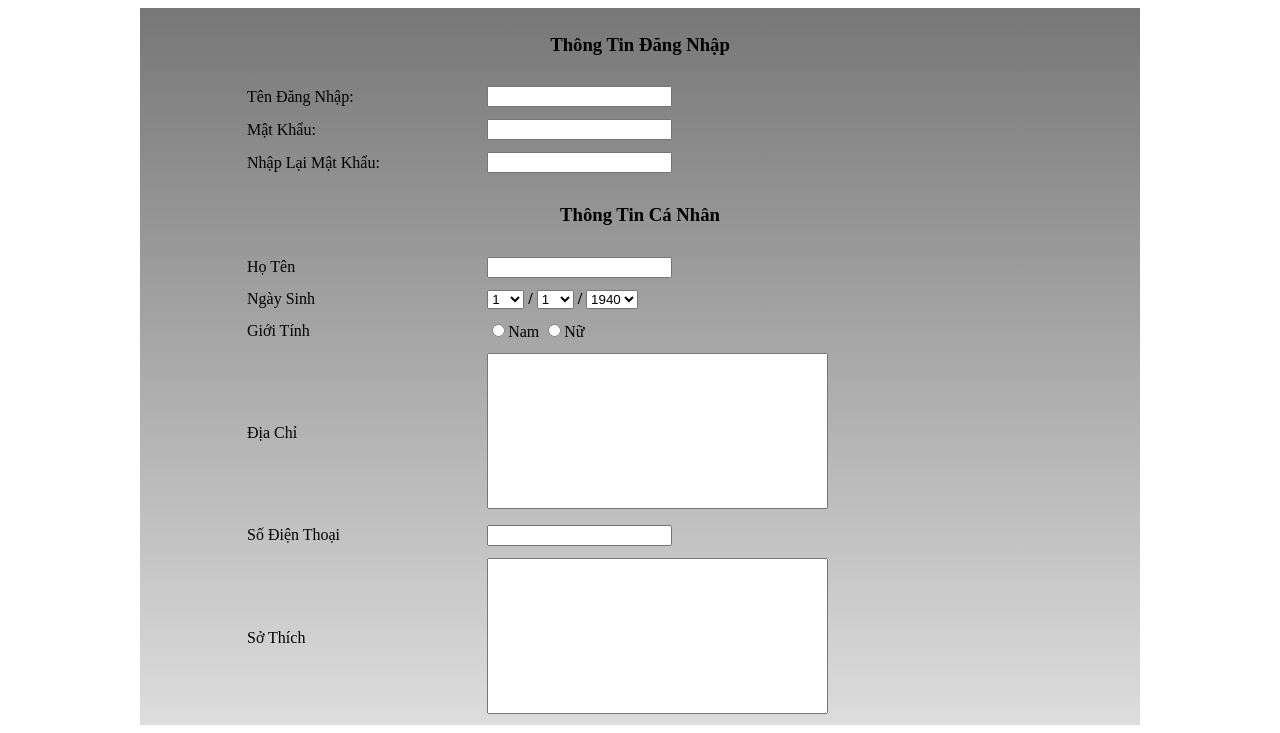
Repository: Tan-Khang21/TH_TKW--Buoi_04
Page: Bai_Tap_Tren_Lop/Bai_01/Form5.html
An editor plug-in stored every save of this project. The page is shown before and after the next save, followed by the edit.
The browser window is 1280 px wide. The pictures show the whole page.

Above is the page before, as saved 2024-03-06 11:42:08.

### Bai_Tap_Tren_Lop/Bai_01/Form5.html
<!DOCTYPE html>
<html lang="en">
<head>
    <meta charset="UTF-8">
    <meta name="viewport" content="width=device-width, initial-scale=1.0">
    <title>Document</title>

</head>
<body>
    <div style="width: 1000px;margin: 0 auto; background: linear-gradient(to bottom, #777, #ddd);
    ">
        <table cellpadding="5px" align="center"  style="width: 800px;">
            <tr>
                <th colspan="3"><h3>Thông Tin Đăng Nhập</h3></th>
            </tr>
            <tr>
                <td style="width:30%;">Tên Đăng Nhập:</td>
                <td  colspan="2"><input type="text"></td>
            </tr>
            <tr>
                <td style="width:30%;">Mật Khẩu:</td>
                <td  colspan="2"><input type="text"></td>
            </tr>
            <tr>
                <td style="width:30%;">Nhập Lại Mật Khẩu:</td>
                <td  colspan="2"><input type="text"></td>
            </tr>
            <tr>
                <th colspan="3"><h3>Thông Tin Cá Nhân</h3></th>
            </tr>
            <tr>
                <td style="width:30%;">Họ Tên</td>
                <td  colspan="2"><input type="text"></td>
            </tr>
            <tr>
                <td style="width:30%;">Ngày Sinh</td>
                <td  colspan="2">
                    <select>
                        <option value="">1</option>
                        <option value="">2</option>
                        <option value="">3</option>
                        <option value="">4</option>
                        <option value="">5</option>
                        <option value="">6</option>
                        <option value="">7</option>
                        <option value="">8</option>
                        <option value="">9</option>
                        <option value="">10</option>
                        <option value="">11</option>
                        <option value="">12</option>
                        <option value="">13</option>
                        <option value="">14</option>
                        <option value="">15</option>
                        <option value="">16</option>
                        <option value="">17</option>
                        <option value="">18</option>
                        <option value="">19</option>
                        <option value="">20</option>
                        <option value="">21</option>
                        <option value="">22</option>
                        <option value="">23</option>
                        <option value="">24</option>
                        <option value="">25</option>
                        <option value="">26</option>
                        <option value="">27</option>
                        <option value="">28</option>
                        <option value="">29</option>
                        <option value="">30</option>
                        <option value="">31</option>
                    </select>
                    <span style="font-weight: bold;">/</span>
                <select>
                    <option value="">1</option>
                    <option value="">2</option>
                    <option value="">3</option>
                    <option value="">4</option>
                    <option value="">5</option>
                    <option value="">6</option>
                    <option value="">7</option>
                    <option value="">8</option>
                    <option value="">9</option>
                    <option value="">10</option>
                    <option value="">11</option>
                    <option value="">12</option>
                </select>
                <span style="font-weight: bold;">/</span>
                <select>
                    <option value="">1940</option>
                    <option value="">1941</option>
                    <option value="">1942</option>
                    <option value="">1943</option>
                    <option value="">1944</option>
                    <option value="">1945</option>
                    <option value="">1946</option>
                    <option value="">1947</option>
                    <option value="">1948</option>
                    <option value="">1949</option>
                    <option value="">1950</option>
                    <option value="">1951</option>
                    <option value="">1952</option>
                    <option value="">1953</option>
                    <option value="">1954</option>
                    <option value="">1955</option>
                    <option value="">1956</option>
                    <option value="">1957</option>
                    <option value="">1958</option>
                    <option value="">1959</option>
                    <option value="">1960</option>
                    <option value="">1961</option>
                    <option value="">1962</option>
                    <option value="">1963</option>
                    <option value="">1964</option>
                    <option value="">1965</option>
                    <option value="">1966</option>
                    <option value="">1967</option>
                    <option value="">1968</option>
                    <option value="">1969</option>
                    <option value="">1970</option>
                    <option value="">1971</option>
                    <option value="">1972</option>
                    <option value="">1973</option>
                    <option value="">1974</option>
                    <option value="">1975</option>
                    <option value="">1976</option>
                    <option value="">1977</option>
                    <option value="">1978</option>
                    <option value="">1979</option>
                    <option value="">1980</option>
                    <option value="">1981</option>
                    <option value="">1982</option>
                    <option value="">1983</option>
                    <option value="">1984</option>
                    <option value="">1985</option>
                    <option value="">1986</option>
                    <option value="">1987</option>
                    <option value="">1988</option>
                    <option value="">1989</option>
                    <option value="">1990</option>
                    <option value="">1991</option>
                    <option value="">1992</option>
                    <option value="">1993</option>
                    <option value="">1994</option>
                    <option value="">1995</option>
                    <option value="">1996</option>
                    <option value="">1997</option>
                    <option value="">1998</option>
                    <option value="">1999</option>
                    <option value="">2000</option>
                    <option value="">2001</option>
                    <option value="">2002</option>
                    <option value="">2003</option>
                    <option value="">2004</option>
                    <option value="">2005</option>
                    <option value="">2006</option>
                    <option value="">2007</option>
                    <option value="">2008</option>
                    <option value="">2009</option>
                    <option value="">2010</option>
                    <option value="">2011</option>
                    <option value="">2012</option>
                    <option value="">2013</option>
                    <option value="">2014</option>
                    <option value="">2015</option>
                </select>
                </td>
            </tr>
            <tr>
                <td style="width:30%;">Giới Tính</td>
                <td  colspan="2">
                    <input name="radio" type="radio">Nam
                    <input name="radio" type="radio">Nữ
                </td>
            </tr>
            <tr>
                <td style="width:30%;">Địa Chỉ</td>
                <td  colspan="2"><textarea style="resize: none;" name="" id="" cols="40" rows="10"></textarea></td>
            </tr>
            <tr>
                <td style="width:30%;">Số Điện Thoại</td>
                <td  colspan="2"><input type="tel"></td>
            </tr>
            <tr>
                <td style="width:30%;">Sở Thích</td>
                <td  colspan="2"><textarea style="resize: none;" name="" id="" cols="40" rows="10"></textarea></td>
            </tr>
        </table>
    </div>

</body>
</html>

After the next save:
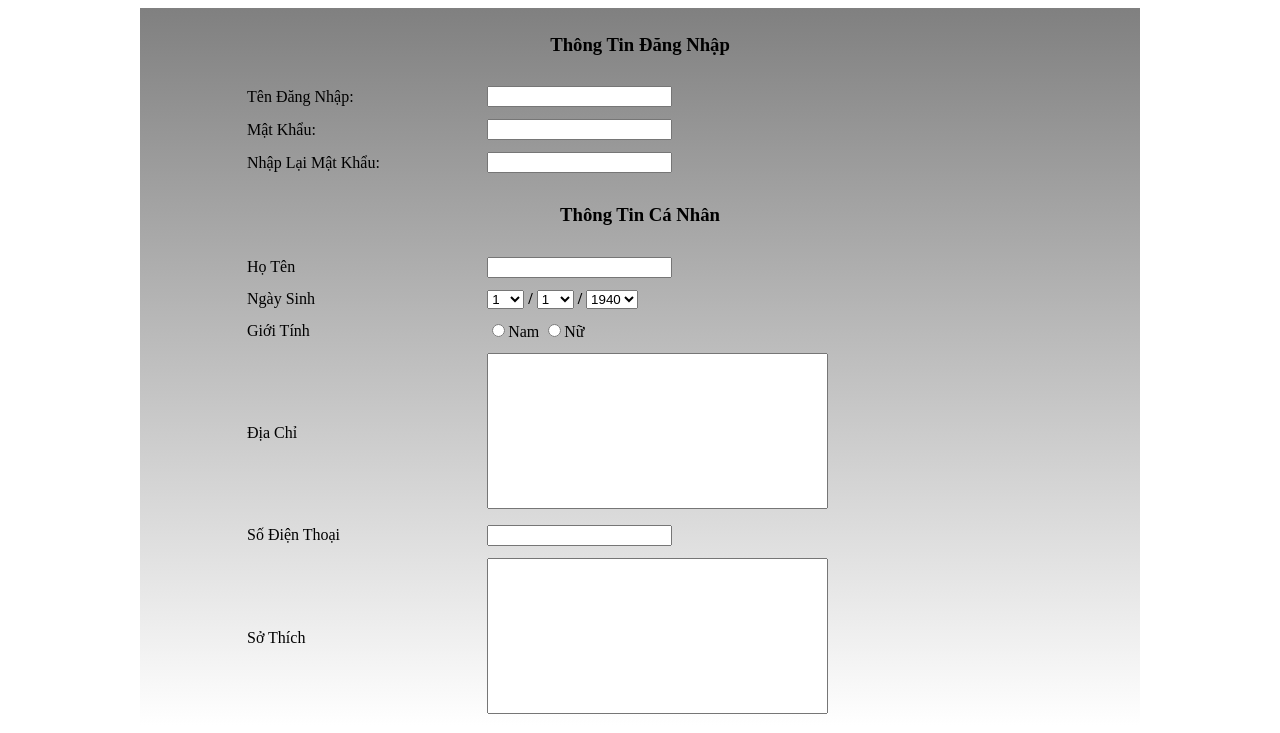
Saved 10 s later.
--- a/Bai_Tap_Tren_Lop/Bai_01/Form5.html
+++ b/Bai_Tap_Tren_Lop/Bai_01/Form5.html
@@ -7,8 +7,7 @@
 
 </head>
 <body>
-    <div style="width: 1000px;margin: 0 auto; background: linear-gradient(to bottom, #777, #ddd);
-    ">
+    <div style="width: 1000px;margin: 0 auto; background: linear-gradient(to bottom,gray,white);">
         <table cellpadding="5px" align="center"  style="width: 800px;">
             <tr>
                 <th colspan="3"><h3>Thông Tin Đăng Nhập</h3></th>
